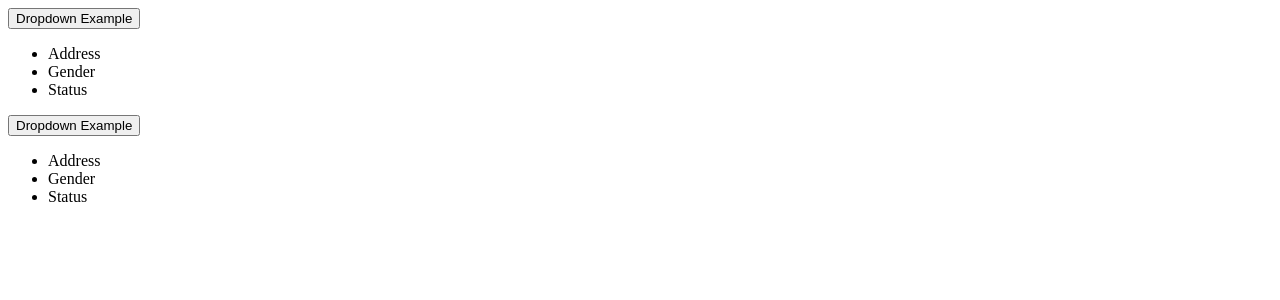
Repository: gpdigital/honeypot
Page: honeypot/WebContent/WEB-INF/views/fragment/basic_info_menu.html
These files come from the project's save history. The page is drawn as it stood at one moment and after the next save; the edit follows.
The browser window is 1280 px wide. The pictures show the whole page.

Above is the page before, as saved 2016-06-16 07:30:34.

After the next save:
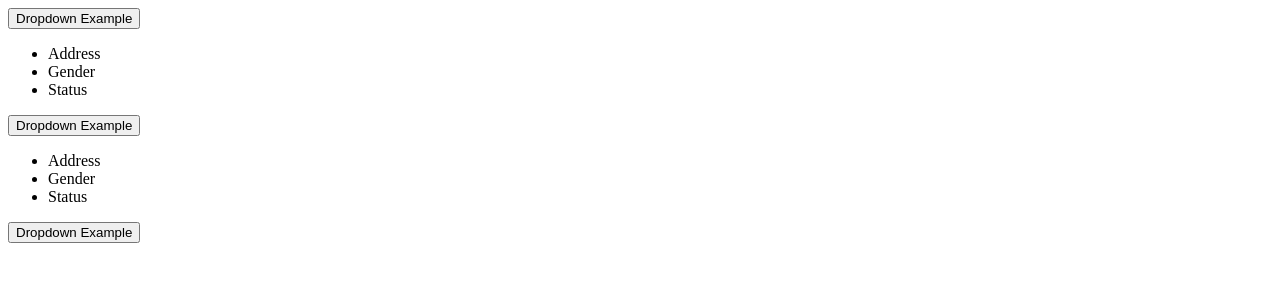
Saved 2 min 25 s later.
--- a/honeypot/WebContent/WEB-INF/views/fragment/basic_info_menu.html
+++ b/honeypot/WebContent/WEB-INF/views/fragment/basic_info_menu.html
@@ -16,3 +16,4 @@
       <li><a onclick="javascript:col2Change('Status','10')">Status</a></li>
     </ul>
   </div>
+  <button onclick="javascript:basicInfo()" class="btn btn-primary dropdown-toggle" type="button" data-toggle="dropdown">Dropdown Example
